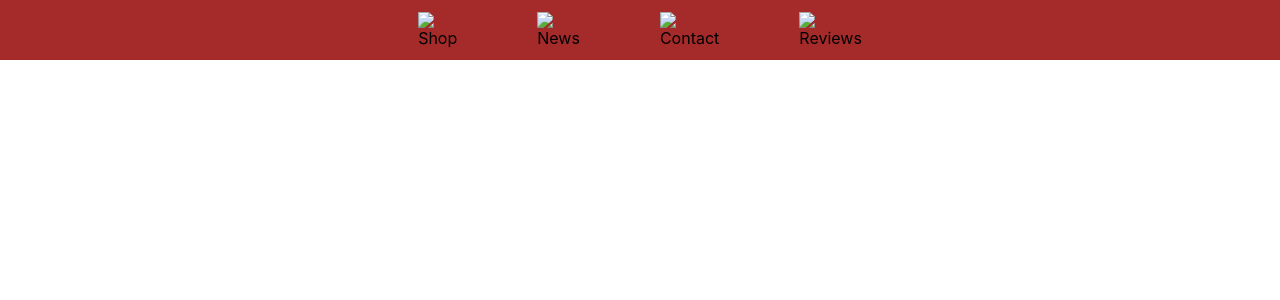
Repository: tusharpasricha/owlsomecoffee
Page: /
These files come from the project's save history. The page is drawn as it stood at one moment and after the next save; the edit follows.
The browser window is 1280 px wide. The pictures show the whole page.
The project was rebuilt for these pictures with package versions that can differ from the ones it lists, and the page was loaded fresh each time. Also part of the build but not shown: src/components/navbar.js.

Above is the page before, as saved 2021-09-27 08:57:33.

After the next save:
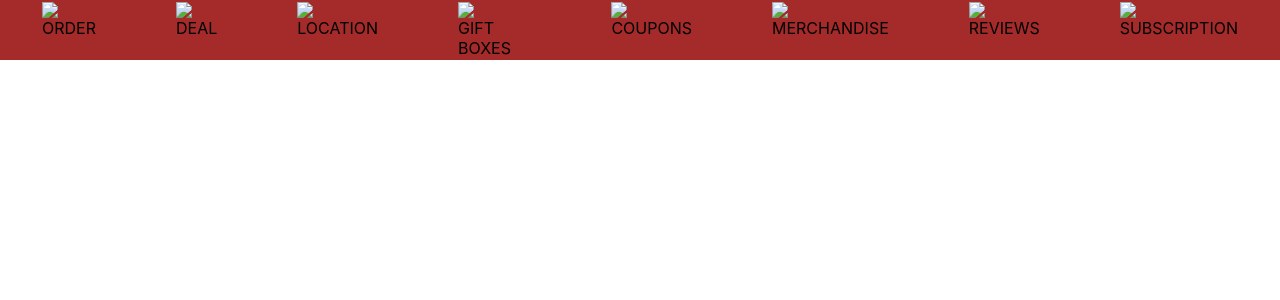
Saved 4 min 2 s later.
--- a/src/components/bar.js
+++ b/src/components/bar.js
@@ -5,10 +5,15 @@ const Bar = () => {
     return (
         <div className="bar">
 <ul>
-  <li> <img src="#"></img> <a href="default.asp">Shop</a></li>
-  <li><img src="#"></img> <a href="news.asp">News</a></li>
-  <li><img src="#"></img> <a href="contact.asp">Contact</a></li>
-  <li><img src="#"></img> <a href="about.asp">Reviews</a></li>
+  <li> <img src="#"></img> <a href="default.asp">ORDER</a></li>
+  <li><img src="#"></img> <a href="news.asp">DEAL</a></li>
+  <li><img src="#"></img> <a href="contact.asp">LOCATION</a></li>
+  <li><img src="#"></img> <a href="about.asp">GIFT BOXES</a></li>
+  <li><img src="#"></img> <a href="about.asp">COUPONS</a></li>
+  <li><img src="#"></img> <a href="about.asp">MERCHANDISE</a></li>
+  <li><img src="#"></img> <a href="about.asp">REVIEWS</a></li>
+  <li><img src="#"></img> <a href="about.asp">SUBSCRIPTION</a></li>
+
 </ul>
         </div>
     )
